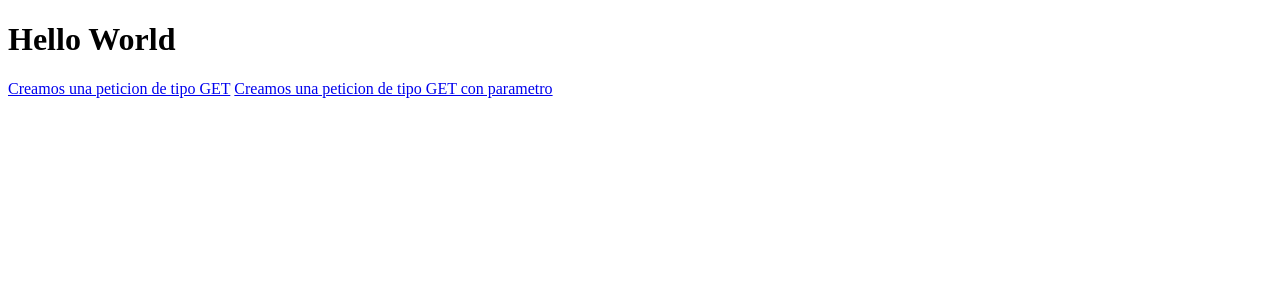
Repository: borispacex/javaee-projects
Page: http://localhost/Java_Web/
These files come from the project's save history. The page is drawn as it stood at one moment and after the next save; the edit follows.
The browser window is 1280 px wide. The pictures show the whole page.
The page is served by Tomcat 9. Other server files are loaded and not shown.

Above is the page before, as saved 2023-05-08 17:30:24.

### Java_Web/WebContent/index.jsp
<%@ page language="java" contentType="text/html; charset=ISO-8859-1"
    pageEncoding="ISO-8859-1"%>
<!DOCTYPE html>
<html>
<head>
<meta charset="ISO-8859-1">
<title>My title example</title>
</head>
<body>
	<h1>Hello World</h1>
	<a href="MyServlet">Creamos una peticion de tipo GET</a>
	<a href="MyServlet?var1=2">Creamos una peticion de tipo GET con parametro</a>
</body>
</html>

After the next save:
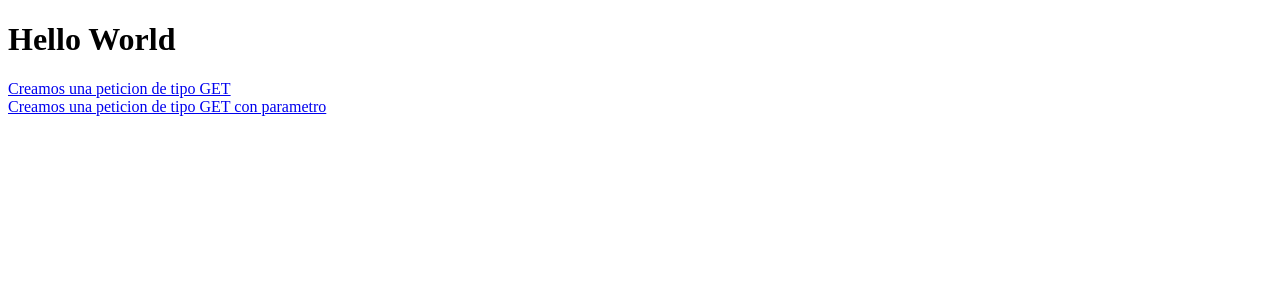
Saved 58 s later.
--- a/Java_Web/WebContent/index.jsp
+++ b/Java_Web/WebContent/index.jsp
@@ -9,6 +9,7 @@
 <body>
 	<h1>Hello World</h1>
 	<a href="MyServlet">Creamos una peticion de tipo GET</a>
+	</br>
 	<a href="MyServlet?var1=2">Creamos una peticion de tipo GET con parametro</a>
 </body>
 </html>
